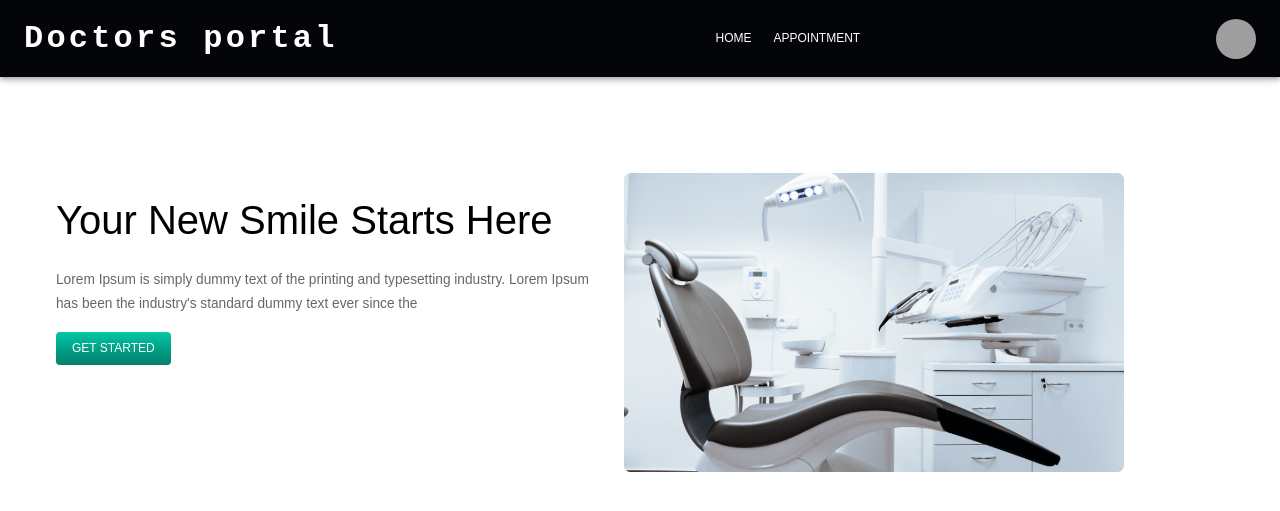
Repository: mdrubel02/health-care
Page: /home
The author's editor kept a copy of each file at every save. The page is drawn from the files as they stood at one save, then again after the next save.
The browser window is 1280 px wide. The pictures show the whole page.
Pictures or frames that could not be fetched are drawn as grey boxes. The project was rebuilt for these pictures with package versions that can differ from the ones it lists, and the page was loaded fresh each time. Also part of the build but not shown: src/Pages/Appointment/Appointment.js.

Above is the page before, as saved 2022-11-15 10:52:14.

After the next save:
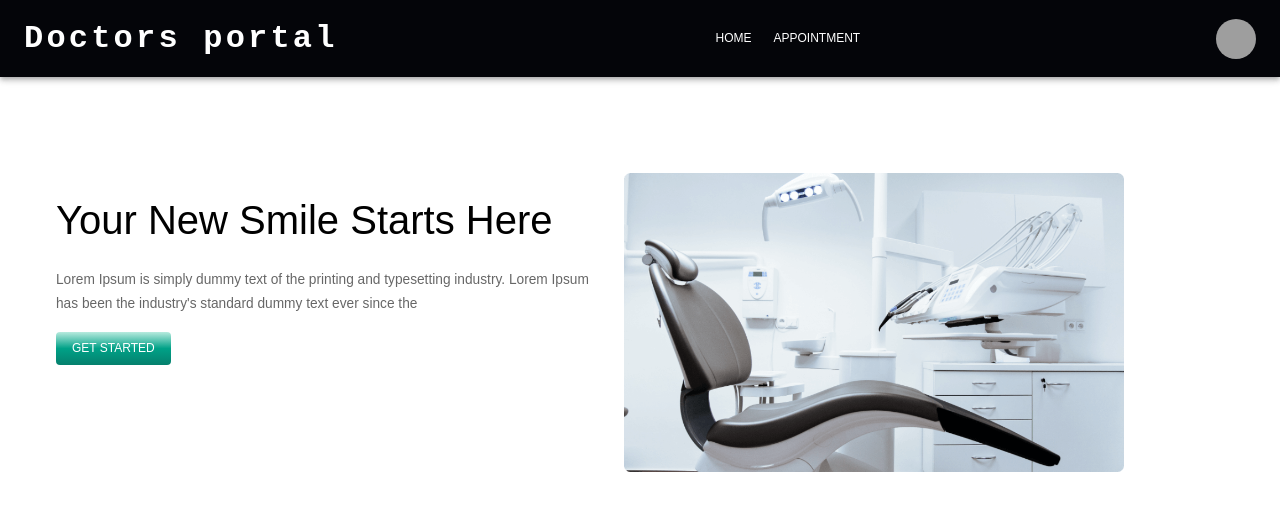
Saved 2 min 39 s later.
--- a/src/Pages/Home/Banner/Banner.js
+++ b/src/Pages/Home/Banner/Banner.js
@@ -18,7 +18,7 @@ const Banner = () => {
                             <Button
                             sx={{
                                 background:
-                                  'linear-gradient(to bottom, #04C8A4 , ' +
+                                  'linear-gradient(to bottom, #b7ebde , ' +
                                   '#00A187, #05806D 100%)',
                                   color:'white',
                               }}
